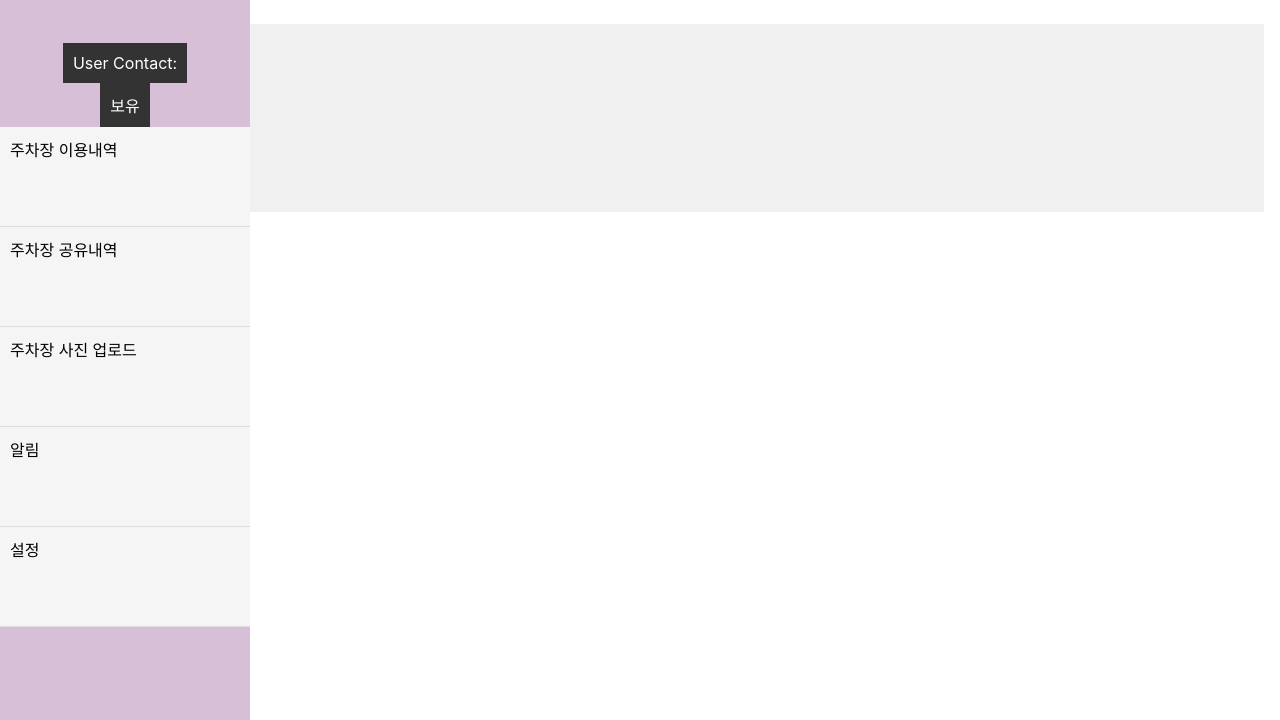
Repository: ohjjoa/reactTest
Page: /, after clicking the first element matching `img`
An editor plug-in stored every save of this project. The page is shown before and after the next save, followed by the edit.
The browser window is 1280 px wide. The pictures show the whole page.
The project was rebuilt for these pictures with package versions that can differ from the ones it lists, and the page was loaded fresh each time.

Above is the page before, as saved 2024-08-02 05:19:25.

After the next save:
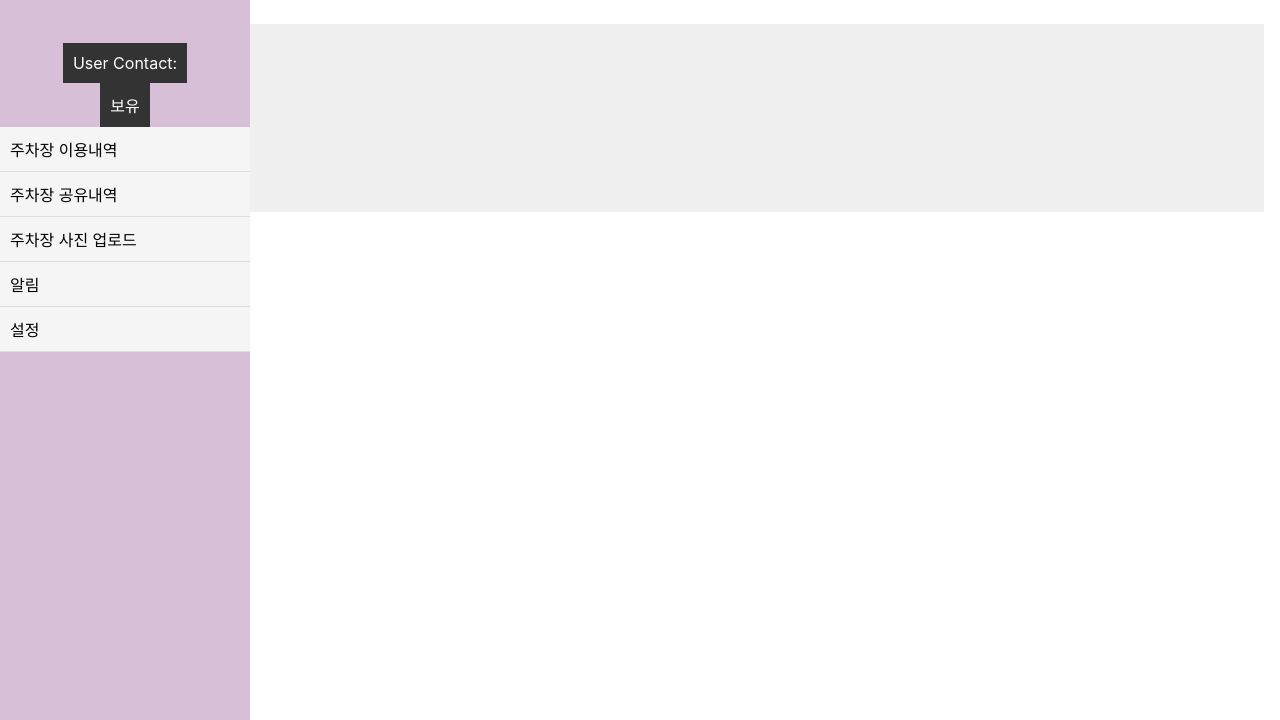
Saved 20 s later.
--- a/src/pages/Home/index.tsx
+++ b/src/pages/Home/index.tsx
@@ -62,7 +62,6 @@ const Home = () => {
       padding: '10px', // 아이템의 패딩
       borderBottom: '1px solid #ddd', // 아이템 하단의 경계선 (선택 사항)
       boxSizing: 'border-box', // 패딩과 경계선이 요소의 전체 크기에 포함되도록
-      height: '100px',
       color: '#000000'
     }}
   >
